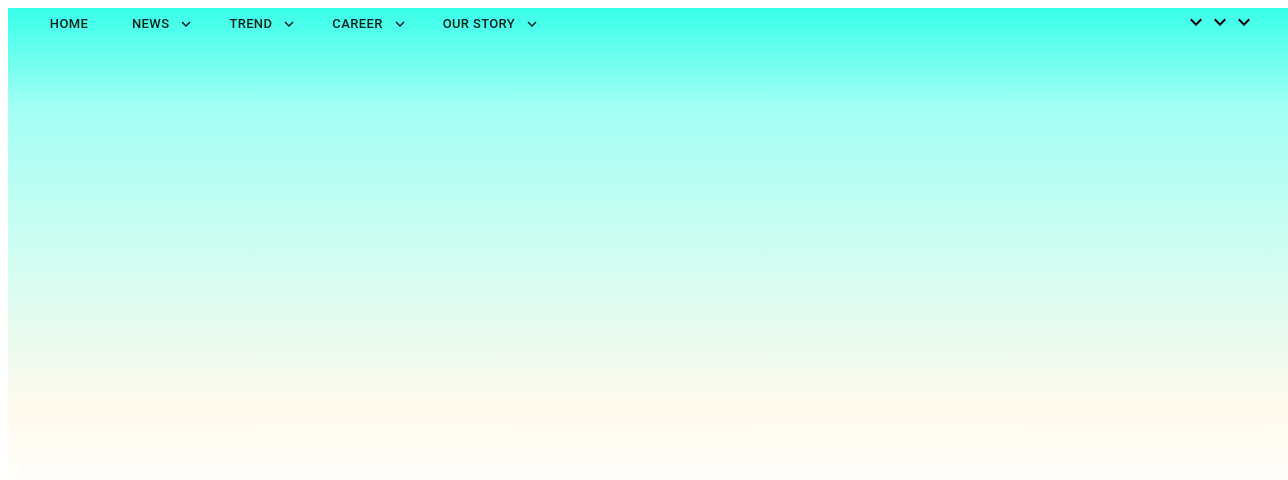
Repository: menamerai/fixi-vn-alpha
Page: /
An editor plug-in stored every save of this project. The page is shown before and after the next save, followed by the edit.
The browser window is 1280 px wide. The page is 1288 px wide, so the pictures cover 1288 px, including what lies to the right of the window. The pictures show the whole page.
The project was rebuilt for these pictures with package versions that can differ from the ones it lists, and the page was loaded fresh each time. Also part of the build but not shown: src/App.css.

Above is the page before, as saved 2020-09-23 21:57:20.

After the next save:
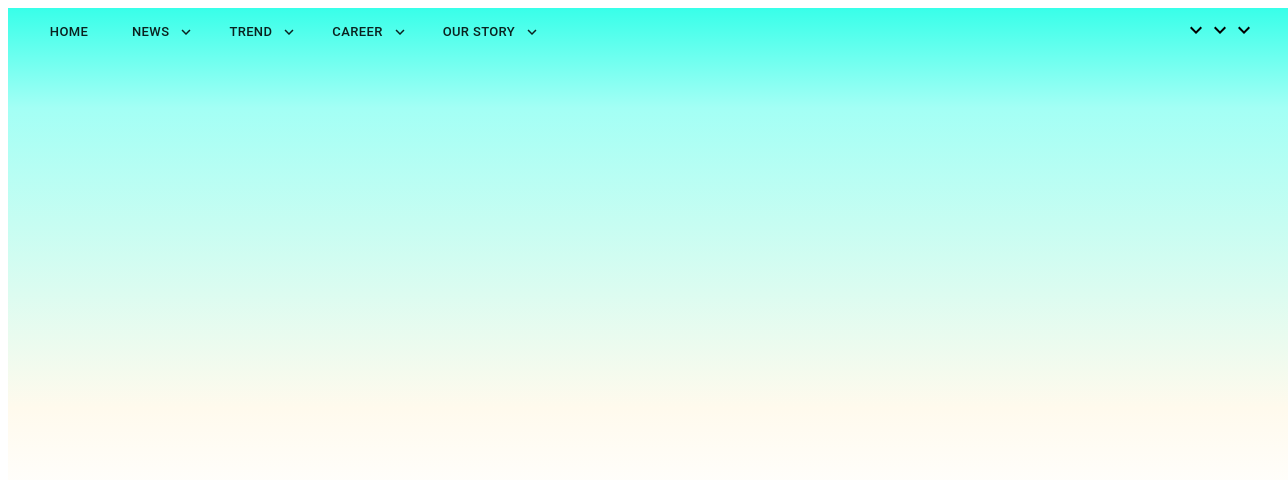
Saved 13 s later.
--- a/src/components/NavBar.jsx
+++ b/src/components/NavBar.jsx
@@ -64,7 +64,7 @@
 
   return (
     <AppBar position="fixed" color="transparent" elevation={0}>
-      <Toolbar variant="dense" id="navbar" component="nav">
+      <Toolbar id="navbar" component="nav">
         <Box className="buttons">
           <Button
             size="small"
